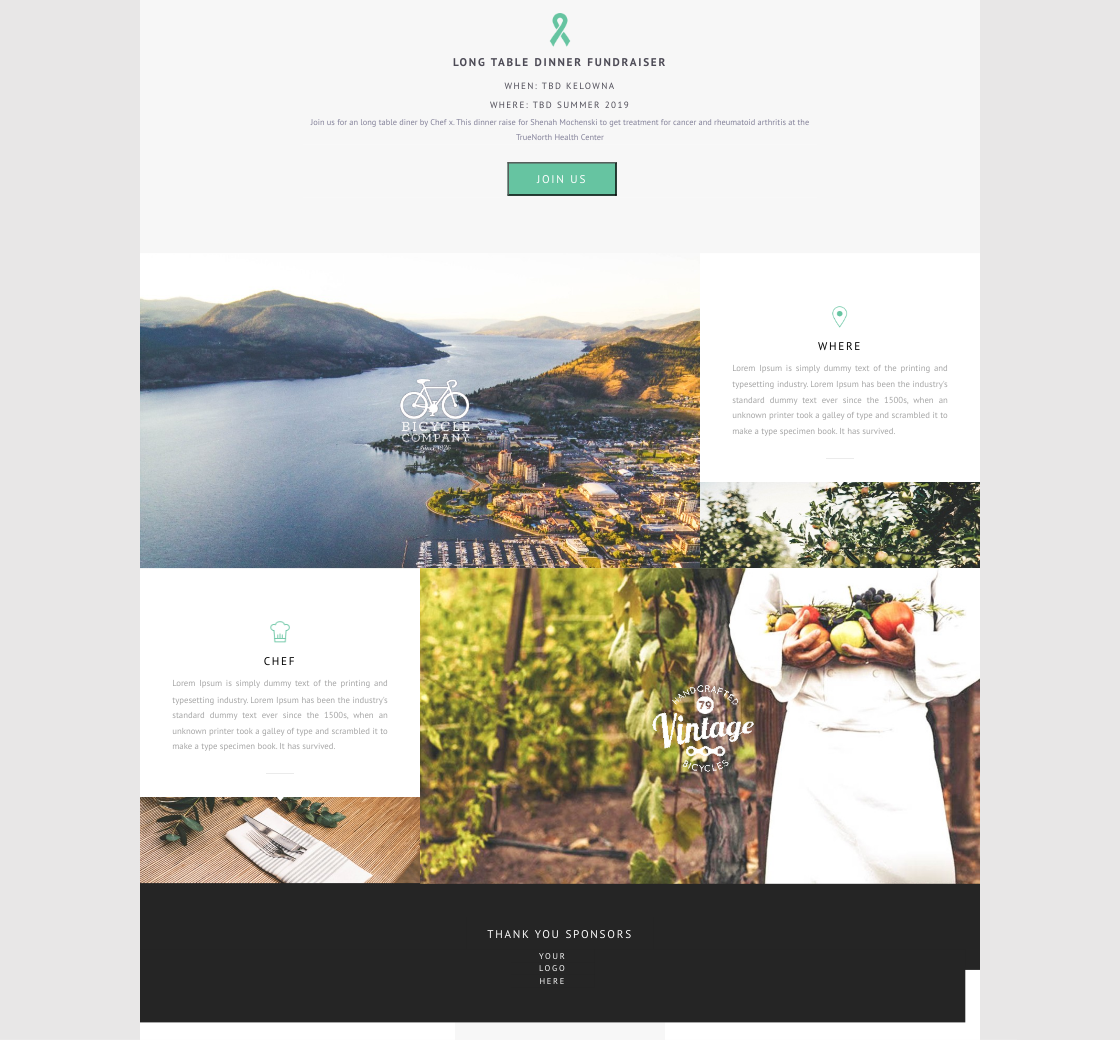
Repository: vancodes/longtable
Page: index.html
These files come from the project's save history. The page is drawn as it stood at one moment and after the next save; the edit follows.
The browser window is 1280 px wide. The page is 1600 px wide, so the pictures cover 1600 px, including what lies to the right of the window. The pictures show the part of the page from y = 812 to 2372 px (the page is 2297 px tall before and 2372 px after), at 70% of full size.

Above is the page before, as saved 2019-04-08 16:28:37.

After the next save:
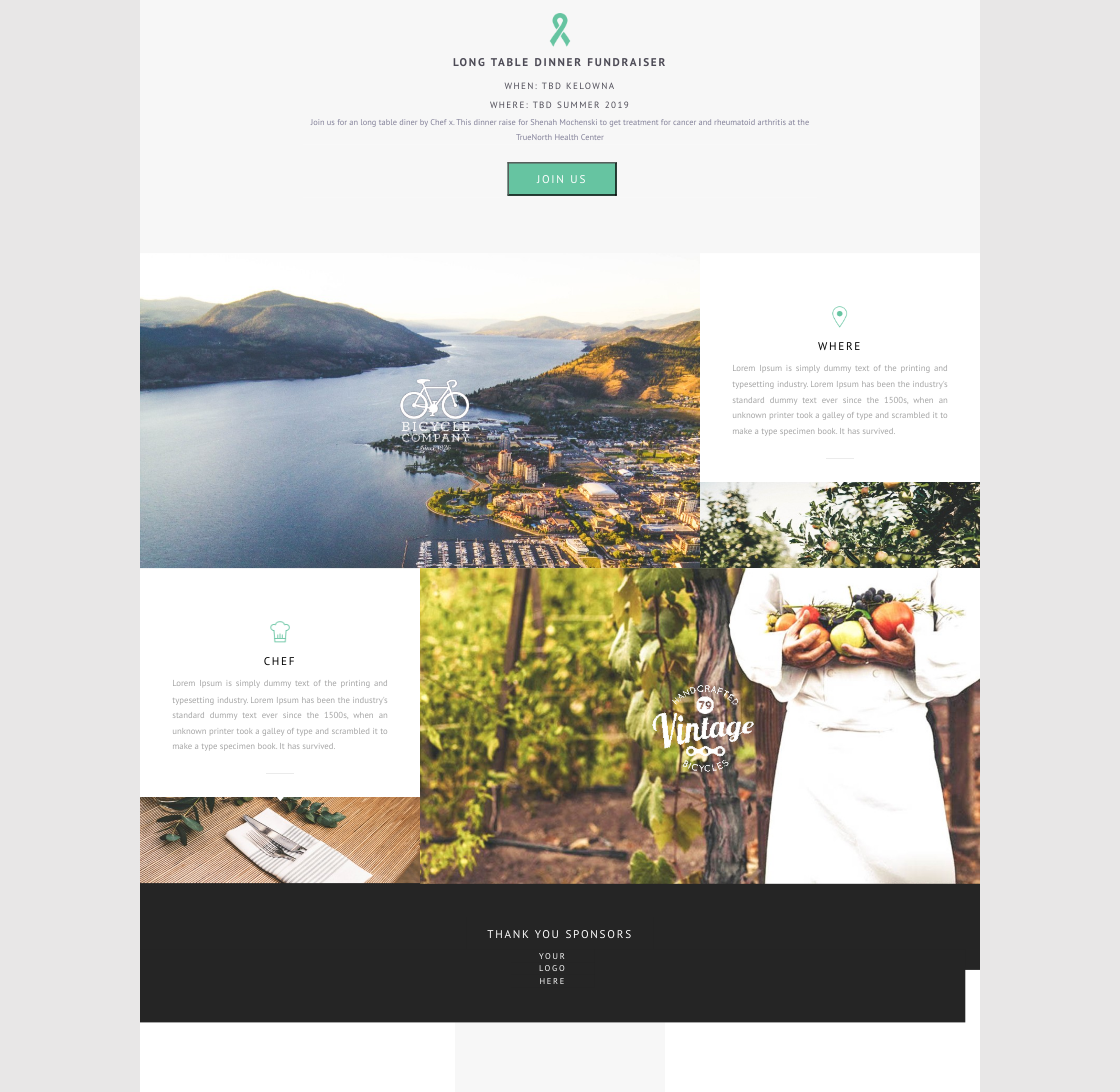
Saved 80 s later.
--- a/index.css
+++ b/index.css
@@ -653,6 +653,7 @@ input {
 
 .footer-container {
   background-color: #f7f7f7;
+  height: 75px;
   padding: 50px 150px;
   display: table
 }
